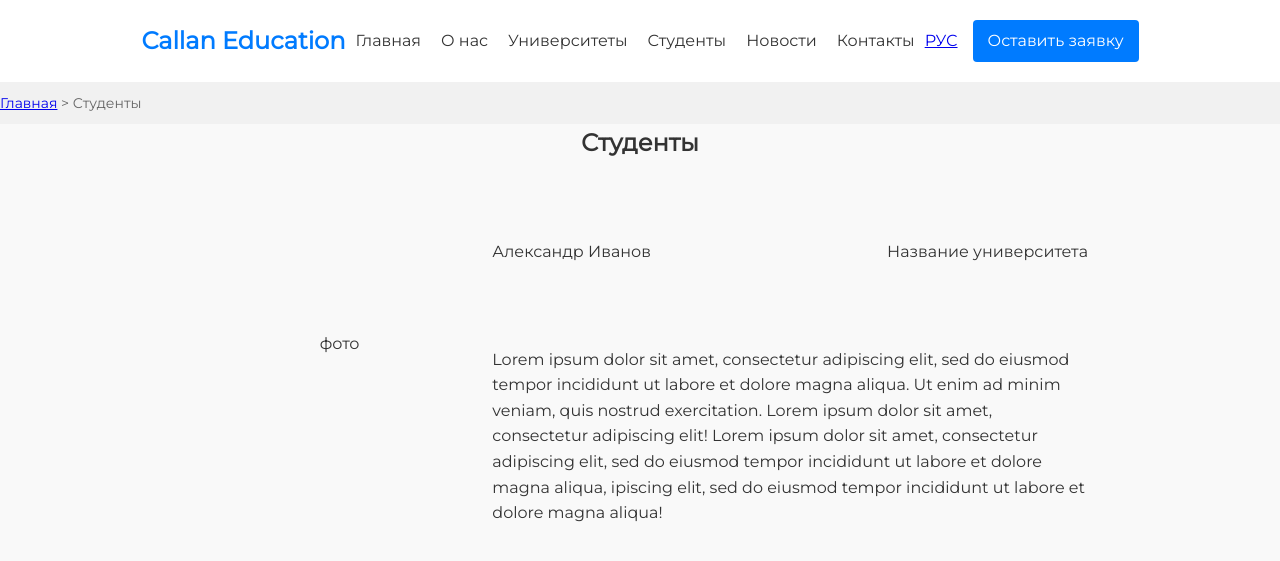
Repository: olyakorzh/Team-project-1
Page: assets/pages/students.html
The author's editor kept a copy of each file at every save. The page is drawn from the files as they stood at one save, then again after a run of saves.
The browser window is 1280 px wide. The pictures show the whole page.

Above is the page before, as saved 2024-12-03 22:57:04.

After the next 2 saves:
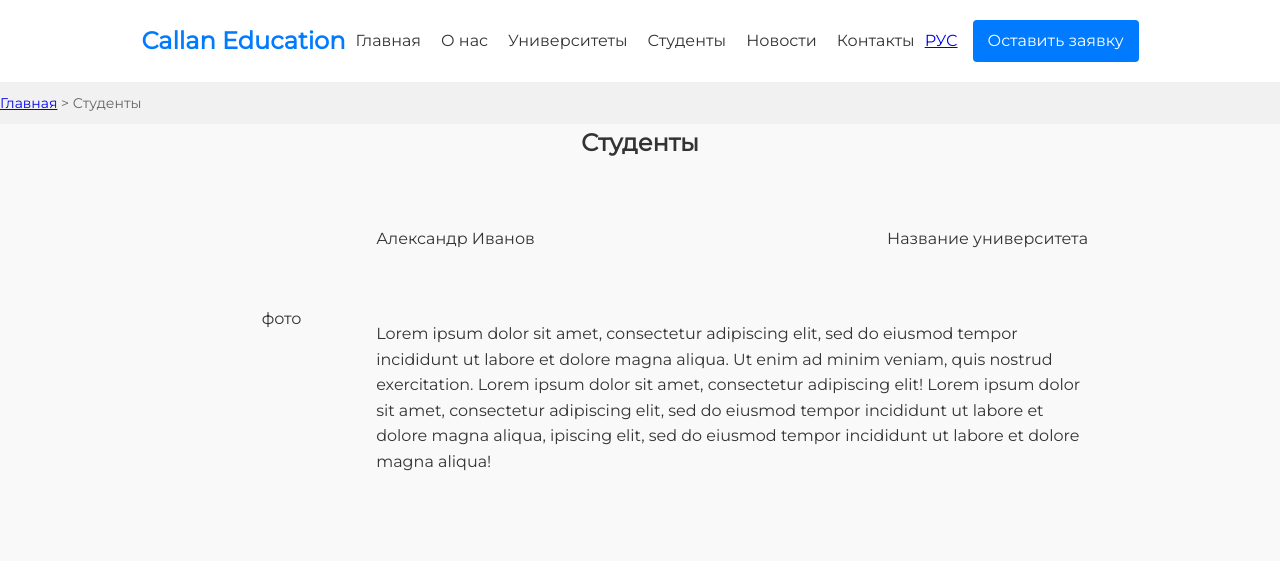
The 2 saves are shown as one change because they came seconds apart.
The last was saved 61 s later.
--- a/assets/styles/students.css
+++ b/assets/styles/students.css
@@ -95,7 +95,7 @@
   }
   .containerstudent{
     display: grid;
-    grid-template-columns: 1fr 1fr 1fr;
+    grid-template-columns: 20% 1fr 1fr;
     grid-template-rows: 1fr 1fr;
     gap: 5px 5px;
     align-items: center;
